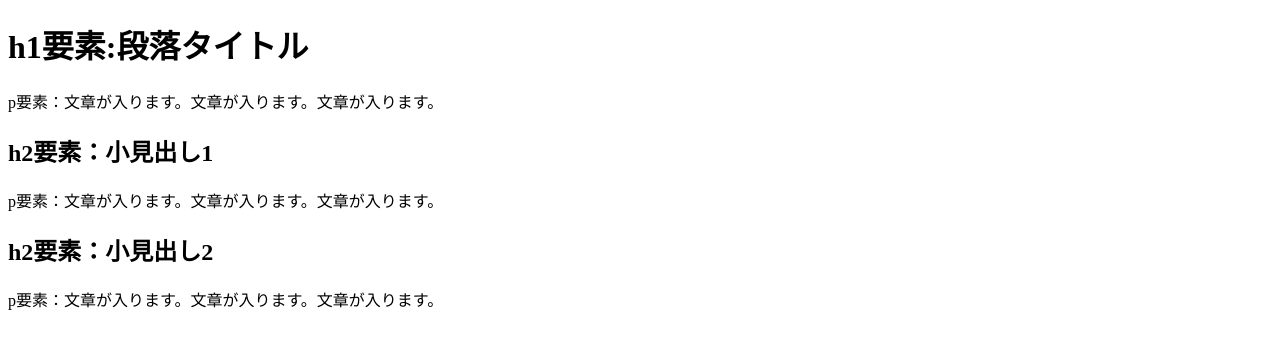
Repository: Makishima-kouhei/samurai_HTML-CSS
Page: index.html
The author's editor kept a record of every edit. The page is drawn from the files as they stood at one moment, then again after the next edit.
The browser window is 1280 px wide. The pictures show the whole page.

Above is the page before.

After the next edit:
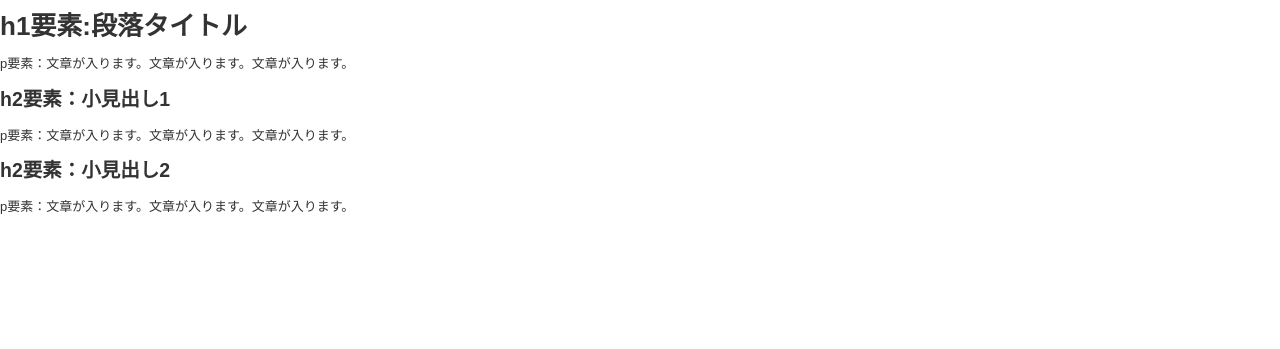
The edit:
--- a/index.html
+++ b/index.html
@@ -3,6 +3,7 @@
     <head>
         <meta charset="UTF-8">
         <title>HTML/CSSの学習</title>
+        <link rel="stylesheet" href="stylesheet.css">
     </head>
     <body>
         <h1 class="blue">h1要素:段落タイトル</h1>
